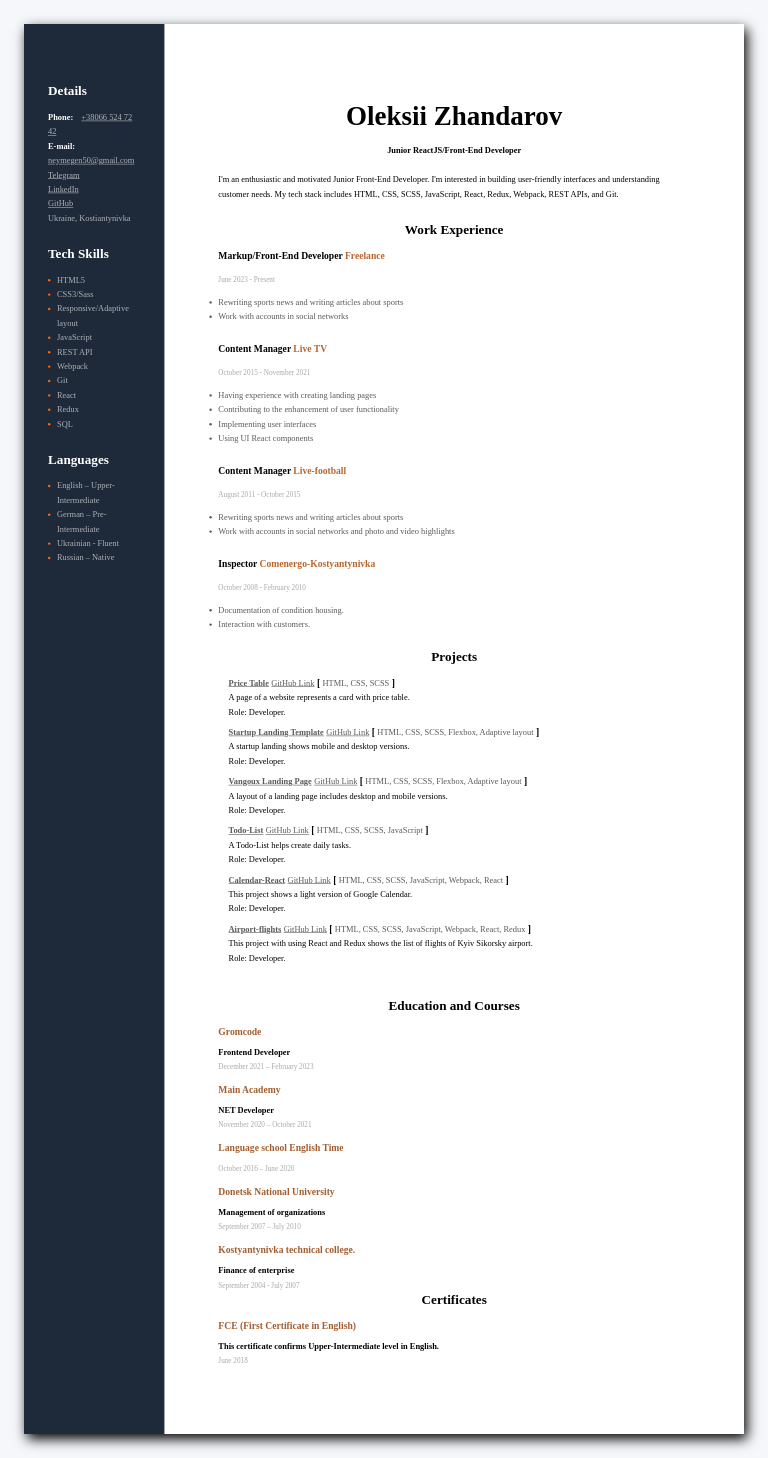
Repository: AlekseyRD88/CVZA
Page: index.html
These files come from the project's save history. The page is drawn as it stood at one moment and after the next save; the edit follows.
The browser window is 1280 px wide. The pictures show the whole page, at 60% of full size.

Above is the page before, as saved 2024-10-31 20:54:34.

After the next save:
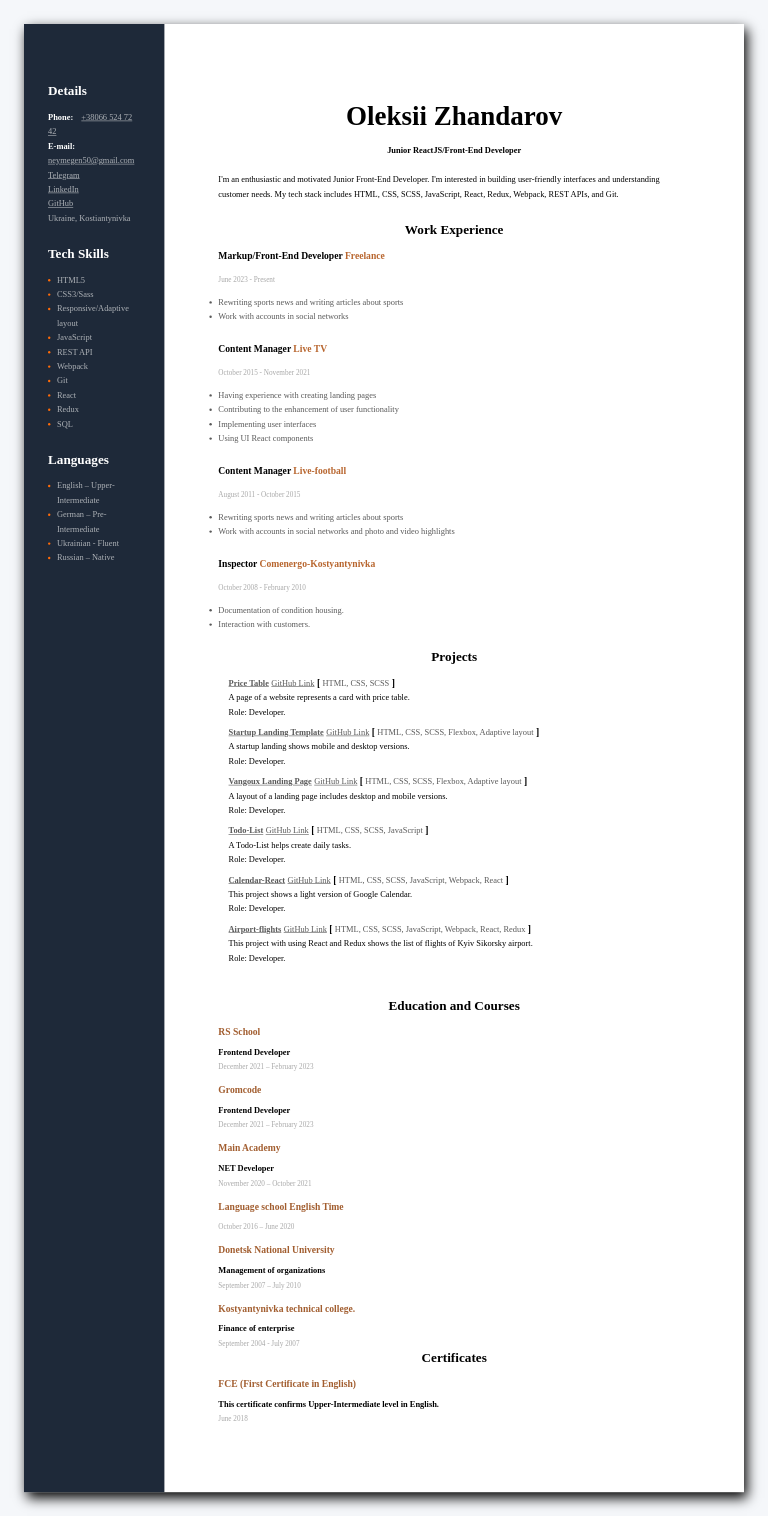
Saved 4 min 24 s later.
--- a/index.html
+++ b/index.html
@@ -162,6 +162,11 @@
             <div>
               <h3 class="title">Education and Courses</h3>
               <div>
+                <h3 class="study">RS School</h3>
+                <h2 class="spec">Frontend Developer</h2>
+                <span class="study-time">December 2021 – February 2023 </span>
+              </div>
+              <div>
                 <h3 class="study">Gromcode</h3>
                 <h2 class="spec">Frontend Developer</h2>
                 <span class="study-time">December 2021 – February 2023 </span>
